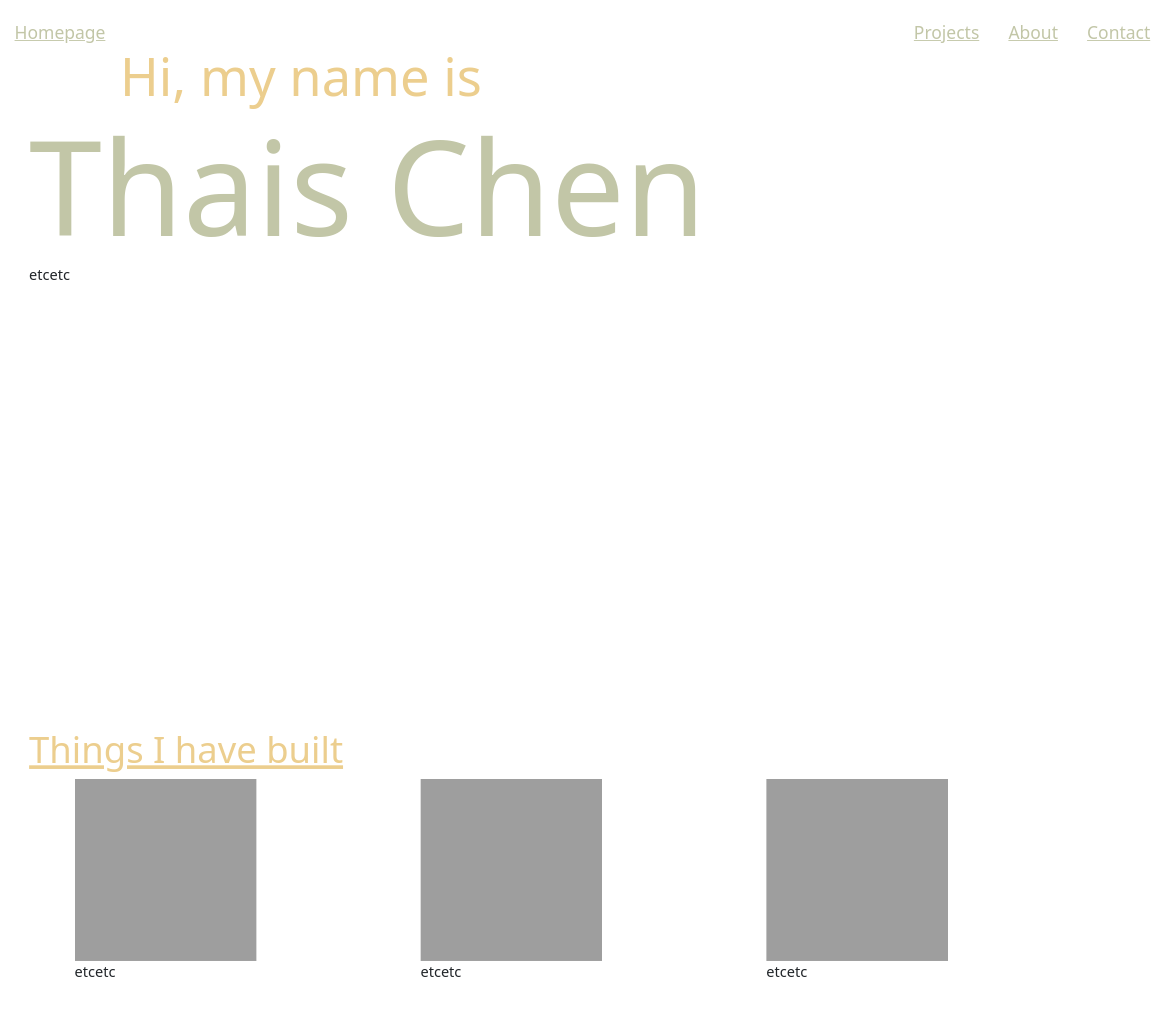
Repository: thais-chen/Portfolio
Page: index.html
An editor plug-in stored every save of this project. The page is shown before and after the next save, followed by the edit.
The browser window is 1280 px wide. The pictures show the whole page, at 91% of full size.
Pictures or frames that could not be fetched are drawn as grey boxes.

Above is the page before, as saved 2022-06-17 19:18:15.

After the next save:
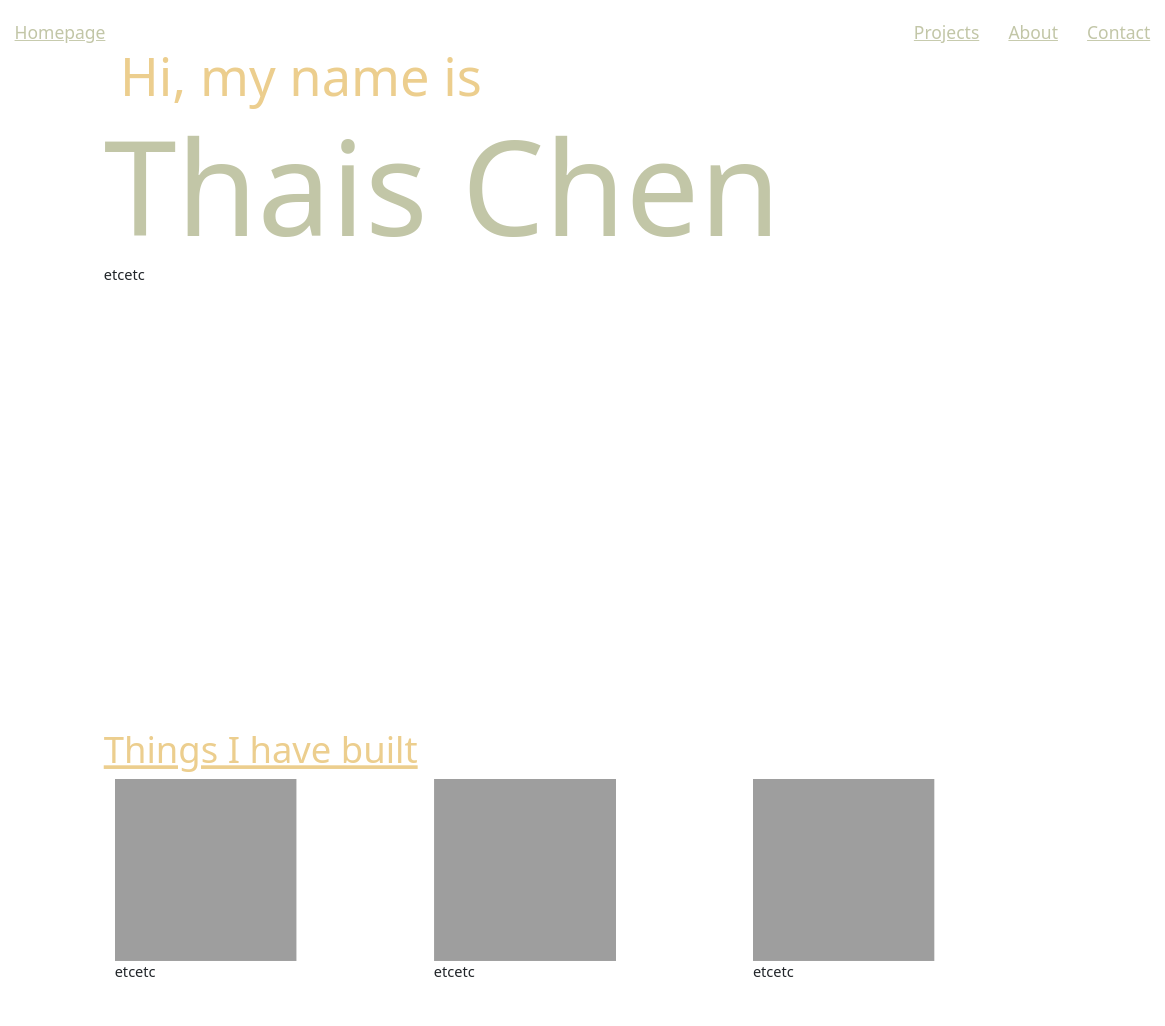
Saved 2 min 30 s later.
--- a/index.html
+++ b/index.html
@@ -22,7 +22,7 @@
         </nav>
     </header>
     <main>
-        <div>
+        <div class="container">
         <section id="intro">
             <h3>Hi, my name is </h3>
             <h1>Thais Chen</h1>
